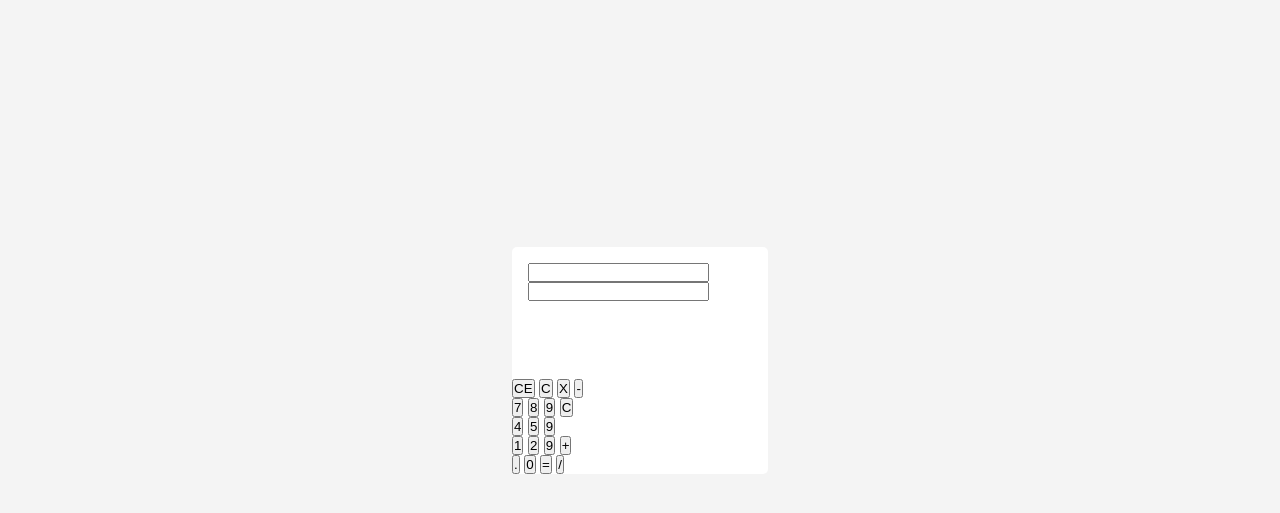
Repository: DNature/calc
Page: index.html
These files come from the project's save history. The page is drawn as it stood at one moment and after the next save; the edit follows.
The browser window is 1280 px wide. The pictures show the whole page.

Above is the page before, as saved 2019-11-20 23:24:24.

### index.html
<!DOCTYPE html>
<html lang="en">
  <head>
    <meta charset="UTF-8" />
    <meta name="viewport" content="width=device-width, initial-scale=1.0" />
    <meta http-equiv="X-UA-Compatible" content="ie=edge" />
    <link rel="stylesheet" href="css/style.css" />
    <title>Calculator</title>
  </head>
  <body>
    <div class="calculator">
      <div class="output">
        <input type="number" id="subField" />
        <input type="number" id="mainField" />
      </div>

      <div class="inputs">
        <div class="row">
          <button id="" class="button">CE</button>
          <button id="" class="button">C</button>
          <button id="" class="button">X</button>
          <button id="" class="button">-</button>
        </div>
        <div class="row">
          <button id="" class="button">7</button>
          <button id="" class="button">8</button>
          <button id="" class="button">9</button>
          <button id="" class="button">C</button>
        </div>
        <div class="row">
          <button id="" class="button">4</button>
          <button id="" class="button">5</button>
          <button id="" class="button">9</button>
        </div>
        <div class="row">
          <button id="" class="button">1</button>
          <button id="" class="button">2</button>
          <button id="" class="button">9</button>
          <button id="" class="button">+</button>
        </div>
        <div class="row">
          <button id="" class="button">.</button>
          <button id="" class="button">0</button>
          <button id="" class="button">=</button>
          <button id="" class="button">/</button>
        </div>
      </div>
    </div>
    <script src="./js/index.js"></script>
  </body>
</html>

### css/style.css
* {
  margin: 0;
  padding: 0;
  box-sizing: border-box;
}

body {
  font-family: Arial, Helvetica, sans-serif;
  background: #f4f4f4;
  height: 100vh;
  width: 100vw;
  display: grid;
  place-content: center;
}

.calculator {
  width: 20vw;
  background: white;
  display: grid;
  place-content: center;

  border-radius: 5px;
}

.output {
  height: 100px;
  margin: 1rem;
  background: white;
}

Loaded but not shown: js/index.js (no stored copy; drawn as an empty file)

After the next save:
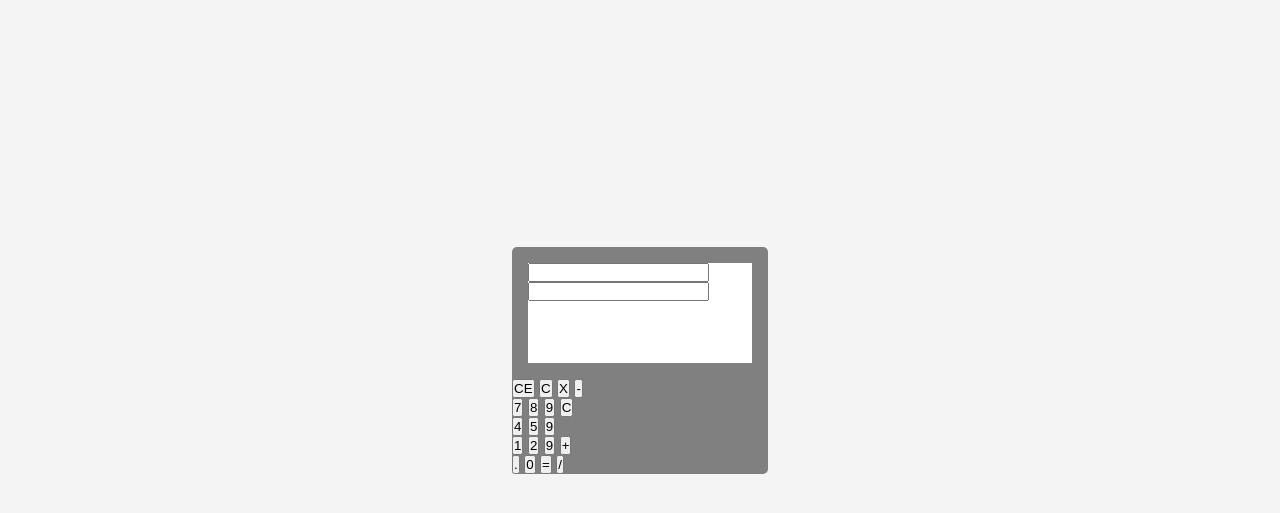
Saved 8 s later.
--- a/css/style.css
+++ b/css/style.css
@@ -15,7 +15,7 @@
 
 .calculator {
   width: 20vw;
-  background: white;
+  background: grey;
   display: grid;
   place-content: center;
 

After the save that followed:
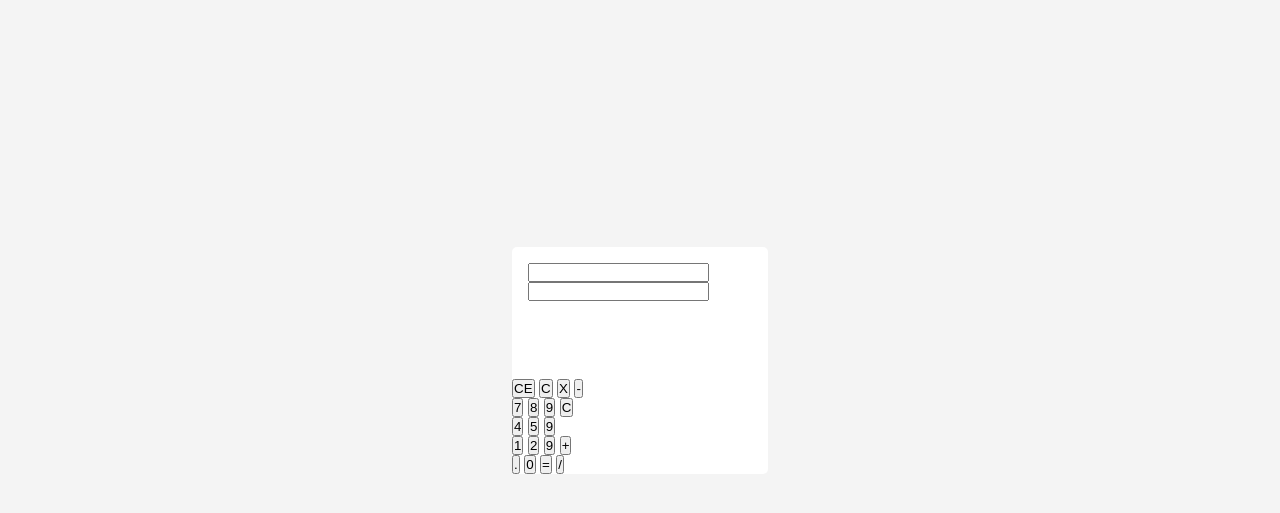
Saved 12 s later.
--- a/css/style.css
+++ b/css/style.css
@@ -15,7 +15,7 @@
 
 .calculator {
   width: 20vw;
-  background: grey;
+  background: white;
   display: grid;
   place-content: center;
 
